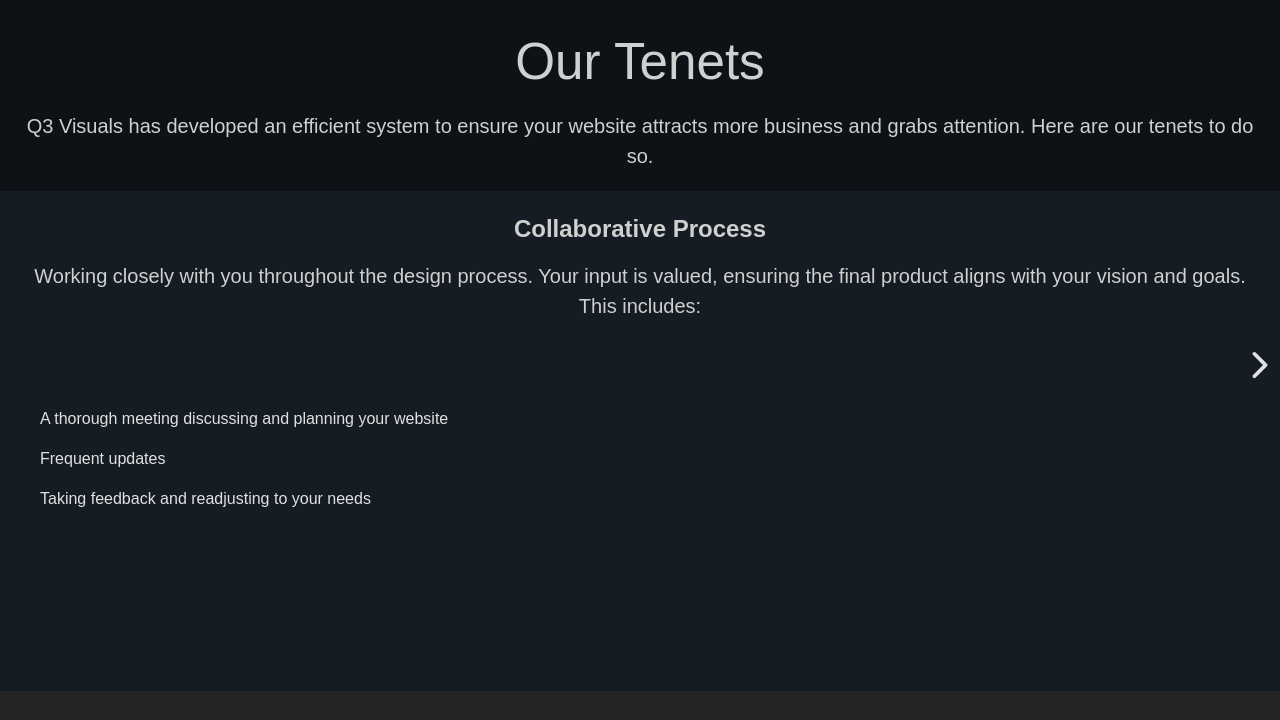
Repository: TMuse333/quantumDesigns
Page: /process
These files come from the project's save history. The page is drawn as it stood at one moment and after a run of saves; the edit follows.
The browser window is 1280 px wide. The pictures show the whole page.
The project was rebuilt for these pictures with package versions that can differ from the ones it lists, and the page was loaded fresh each time. Also part of the build but not shown: vite.config.js, src/styles/navbar.css, src/components/navbar.jsx, src/styles/herobanner.css, src/components/Herobanner.jsx, src/components/intro.jsx, src/styles/tenets.css, src/components/tenets.jsx and 8 more.

Above is the page before, as saved 2023-12-16 19:34:26.

### index.html
<!doctype html>
<html lang="en">
  <head>
    <meta charset="UTF-8" />
    <link rel="icon" type="image/svg+xml" href="/vite.svg" />
    <link rel="preconnect" href="https://fonts.googleapis.com">
<link rel="preconnect" href="https://fonts.gstatic.com" crossorigin>
<link href="https://fonts.googleapis.com/css2?family=Noto+Sans+Linear+A&display=swap" rel="stylesheet" integrity="your-integrity-value" crossorigin="anonymous">

<link rel="preconnect" href="https://fonts.googleapis.com">
<link rel="preconnect" href="https://fonts.gstatic.com" crossorigin>
<link href="https://fonts.googleapis.com/css2?family=Noto+Sans+Linear+A&family=Open+Sans:ital@1&display=swap" rel="stylesheet">
<link rel="stylesheet" href="https://fonts.googleapis.com/css2?family=Roboto:wght@400;700&display=swap">


    <meta name="viewport" content="width=device-width, initial-scale=1.0" />
    <title>Vite + React</title>
  </head>
  <body>
    <div id="root"></div>
    <script type="module" src="/src/main.jsx"></script>
  </body>
</html>

### src/main.jsx
import './index.css'
import * as React from 'react';
import { StrictMode } from 'react';
import { createRoot } from 'react-dom/client';
import { BrowserRouter } from 'react-router-dom';

import App from './App';

const rootElement = document.getElementById('root');
const root = createRoot(rootElement);

root.render(
  <StrictMode>
    <BrowserRouter>
      <App />
    </BrowserRouter>
  </StrictMode>
);

### src/index.css
:root {
  font-family: Inter, system-ui, Avenir, Helvetica, Arial, sans-serif;
  line-height: 1.5;
  font-weight: 400;

  color-scheme: light dark;
  color: rgba(255, 255, 255, 0.87);
  background-color: #242424;

  font-synthesis: none;
  text-rendering: optimizeLegibility;
  -webkit-font-smoothing: antialiased;
  -moz-osx-font-smoothing: grayscale;
}

html{
  overflow-x: hidden;
}

a {
  font-weight: 500;
  color: #646cff;
  text-decoration: inherit;
}
a:hover {
  color: #535bf2;
}

body {
  margin: 0;
  padding:0;
  display: flex;
  place-items: center;
  min-width: 100vw;
  min-height: 100vh;
  overflow-x: hidden;
}

h1 {
  font-size: 3.2em;
  line-height: 1.1;
}

button {
  border-radius: 8px;
  border: 1px solid transparent;
  padding: 0.6em 1.2em;
  font-size: 1em;
  font-weight: 500;
  font-family: inherit;
  background-color: #1a1a1a;
  cursor: pointer;
  transition: border-color 0.25s;
}
button:hover {
  border-color: #646cff;
}
button:focus,
button:focus-visible {
  outline: 4px auto -webkit-focus-ring-color;
}

### src/App.jsx
import { useState } from 'react'
import { Link } from 'react-router-dom'



import './App.css'
import Navbar from './components/navbar'
import Layout from './components/layout'
import Testimonials from "./components/testimonials";
import {
  BrowserRouter as Router,

  Route, Routes

} from "react-router-dom";
import Process from './components/process'

function App() {
  const [count, setCount] = useState(0)

  return (
    <>

    <Routes>

      <Route path='/'
      element={<Layout/>}
      />

      <Route path='process' element={<Process/>}>

      </Route>


    </Routes>




     </>
  )
}

export default App

### src/App.css
#root {
  max-width: 1280px;
  margin: 0 auto;

  text-align: center;
}

:root{
  /* --primary-color:rgb(5, 23, 111); */
  --tag-color:rgb(10, 9, 17);
  --primary-color:rgb(13, 18, 22);
}

.layout{
  width:100vw;
  margin-top: -5rem;
  position: absolute;
  left:0;
  top:120px;
  background-color: var( --primary-color);
  /* overflow-x: hidden; */

}

.before-title-text{
 font-weight: bold;
 margin-bottom: -0.5rem;
}

.bold-700{
  font-weight: 700;
}

.title-text{
  width:100vw;
  font-weight: 350;
  /* font-size: 35px; */
  margin-bottom: 0.1rem;

  margin-bottom: 1rem;
  font-family: 'spartan',sans-serif;
  color:#cfd0d0;

}

.description-text{
  padding: 0 15px 0 15px;
    font-family: 'Palatino Sans', 'Palatino Sans Informal', 'Palatino Sans Text', 'Palatino Sans W1G', 'Palatino Sans W01', sans-serif;
font-weight: 300;
font-size: 20px;
color:#cfd0d0

}

.button {
  display: inline-block;
  padding: 12px 24px;
  font-size: 16px;
  font-weight: bold;
  text-align: center;
  text-decoration: none;
  cursor: pointer;
  border: 2px solid #00bfff; /* Quantum blue color */
  color: #00bfff;
  background-color: transparent;
  border-radius: 8px;
  transition: background-color 0.3s ease, color 0.3s ease;
  width:max-content;
  margin-left: auto;
  margin-right: auto;
  margin-bottom: 3rem;
}

.button:hover {
  background-color: #00bfff; /* Quantum blue color on hover */
  color: #fff; /* White text on hover */
}

### src/components/process.jsx
import React from "react";
import { useState } from "react";
import '../styles/process.css'
import { tenets } from "./skillDesc";
import { IoIosArrowBack, IoIosArrowForward } from 'react-icons/io';
import { motion, AnimatePresence } from "framer-motion";

const Process = () => {
    const [currentTenet, setCurrentTenet] = useState(0);

    const nextTenet = () => {
        setCurrentTenet((prevIndex) => (prevIndex + 1) % tenets.length);
    };

    const prevTenet = () => {
        setCurrentTenet((prevIndex) => (prevIndex - 1 + tenets.length) % tenets.length);
    };

    return (
        <div className="process-container">
            <h1 className="title-text">Our Tenets</h1>
            <p className="description-text">
                Q3 Visuals has developed an
                efficient system to ensure your website
                attracts more business and grabs attention.
                Here are our tenets to do so.
            </p>


            <div className="arrow-container">
                <IoIosArrowBack className="arrow arrow-left" onClick={prevTenet} />
                <div className="tenet">

                    <AnimatePresence>


                    <motion.h2 key={currentTenet}
                    initial={{ opacity: 0,x: -10 }}
                    animate={{ opacity: 1, x:0 }}
                     exit={{ opacity: 0 }}
                     className="title-text bold-700 tenet-title">{tenets[currentTenet].name}
                    </motion.h2>
                    </AnimatePresence>
                    <p className="description-text tenet-desc">{tenets[currentTenet].description}</p>
                    <ul className="points">
                {tenets[currentTenet].points.map((point, index) => (
                    <li key={index}>{point}</li>
                ))}
            </ul>
                </div>
                <IoIosArrowForward className="arrow arrow-right" onClick={nextTenet} />
            </div>
        </div>
    );
};

export default Process;

### src/styles/testimonial.css
.testimonial-container{
    width:100vw;
    background-color: var(--primary-color);
 padding-bottom: 4rem;
 margin-top: -2rem;
    position: relative;

    /* border: 2px solid white; */
}

.testimonial {
    background-color: black;
    padding-left: 1rem;
    text-align: left;
    padding-bottom: 40px;
    width:80vw;
   display: flex;
   flex-direction: column;
   margin-left: auto;
   margin-right: auto;

}

.quote{

    font-weight: bold;
    font-size: 30px;
}

.effect{
    font-weight: 500;
    font-family: 'spartan',sans-serif;
    font-size: 20px;
}

.author {
    margin-top: 0rem;
    font-weight: bold;
    font-size:20px;
}

.title{
    margin-top: -1rem;
    font-size:20px;
}

.arrow-container{
    display: flex;
}

.arrow{
    position: absolute;
    top:50%;
    font-size: 40px;
}

.arrow-right{
    right:0;
}

.deliver{
    font-size: 30px;
}

### src/components/skillDesc.js
export const tenets = [
    {
        name: "Collaborative Process",
        description: "Working closely with you throughout the design process. Your input is valued, ensuring the final product aligns with your vision and goals."+
        " This includes:",
        points:[
            'A thorough meeting discussing and planning your website',
            'Frequent updates',
            'Taking feedback and readjusting to your needs'
        ]
    },
    {
        name: "Appealing Design",
        description: "Crafting visually captivating and one-of-a-kind designs that reflect the uniqueness of your brand. We prioritize creativity to make your website stand out.",
        points:[
            'Animations to enhance user experience while maintaining simplicity',
            'Emphasizing key words with bold font styles',
            'Infusing dynamic visuals and persuasive typography for get more business.'
        ]
    },

    {
        name: "Primal Human Instincts",
        description: "Q3 Visuals implements techniques based on fundamental aspects of human psychology "+
        'to give your website the highest probability of succeeding. This includes, but certainly not limited to:',
        points:[
            'Visual appeal: Humans are visually oriented beings',
            'Using persuasive typography to create a sense of urgency',
            'Using testimonials as social proof, as humans are drawn to be in groups',

        ]
    },
    {
        name: "3D Models",
        description: "Incorporating dynamic 3D models to enhance the visual appeal of your website. This adds a layer of interactivity and engages visitors in a unique and immersive experience.",
        points:[
            'A thorough meeting discussing and planning your website',
            'Frequent updates',
            'Taking feedback and readjusting to your needs'
        ]
    },

];


export const testimonials = [
    {
        quote: 'He exceeded our expectations!',
        effect: 'Quantum Designs transformed our vision into a stunning website. They are responsive, creative, and delivered beyond our expectations.',
        author: 'Jane Doe',
        title: 'Satisfied Client'
    },
    {
        quote: 'Innovative and highly skilled team!',
        effect: 'Working with Quantum Designs was a game-changer for our online presence. Their innovative approach and technical expertise are commendable.',
        author: 'John Smith',
        title: 'Tech Enthusiast'
    },
    {
        quote: 'Reliable and professional service!',
        effect: 'Quantum Designs provided a reliable and professional service. They were attentive to our needs and delivered a website that truly represents our brand.',
        author: 'Emily Johnson',
        title: 'Business Owner'
    },
];

### src/styles/process.css
.process-container{
    width:100vw;
    background-color: var(--primary-color);
    position:absolute;
    top:0;
    left:0;

}

.points{
    position: relative;
      top:calc(40%)
}

.points li {
    list-style: none;
    margin-top: 1rem;
    text-align: left;
 font-family: 'spartan',sans-serif;
}

.tenet-title{
      position: absolute;
      top:0px;

}

.tenet-desc{
    position: absolute;
    top:50px;
    font-size: 1.25rem;
}

.tenet{
   background-color: rgb(21, 28, 35);
   position: relative;
   height:500px;
   width:100vw
}

### src/styles/intro.css
.intro-container{
    width:100vw;
    display: flex;
    flex-direction: column;
    background-color: var(--primary-color);


}

.intro {
    width:100vw;
    font-weight: 350;
    font-size: 35px;
    margin-bottom: 0.1rem;
    margin-top: 1rem;

}

.bold-700{
    font-weight: 700;
}

.intro-end{
    margin-top: 0rem;
    padding:0 10px 0 10px;
    font-weight: 550;
    font-family: 'spartan',sans-serif;
    color:#cfd0d0;

}





.intro-container p{

}

After the next 2 saves:
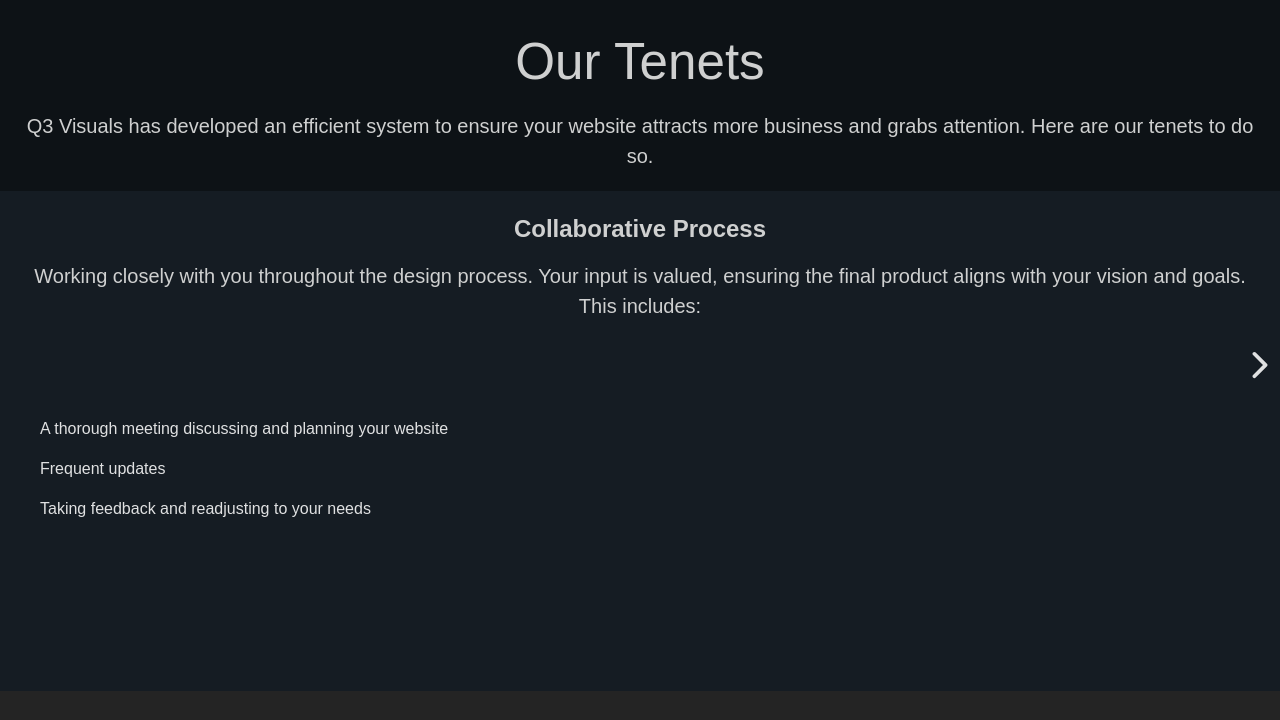
The 2 saves are shown as one change because they came seconds apart.
The last was saved 9 s later.
--- a/src/styles/process.css
+++ b/src/styles/process.css
@@ -9,7 +9,7 @@
 
 .points{
     position: relative;
-      top:calc(40%)
+      top:calc(40% + 10px)
 }
 
 .points li {
